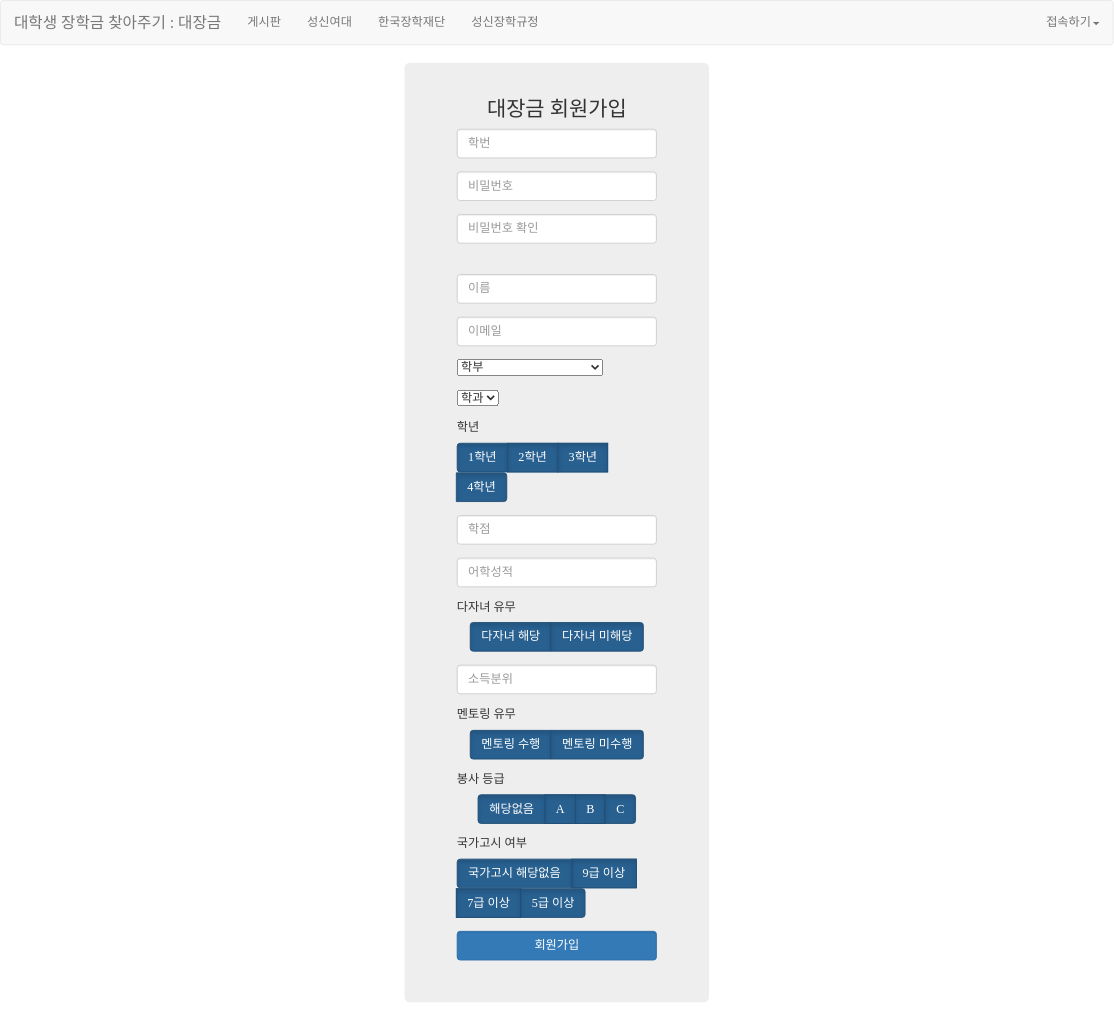
Repository: jiwon-214/DJG
Page: http://localhost/DJG/join.jsp
These files come from the project's save history. The page is drawn as it stood at one moment and after the next save; the edit follows.
The browser window is 1280 px wide. The pictures show the whole page, at 87% of full size.
Some web fonts or font styles are not loaded; a fallback is used. Some web libraries are served in a nearby version. The page is served by Tomcat 9. Other server files are loaded and not shown.

Above is the page before, as saved 2022-02-15 17:16:52.

### DJG/WebContent/join.jsp
<%@ page language="java" contentType="text/html; charset=UTF-8"
    pageEncoding="UTF-8"%>
<!DOCTYPE html>
<html>
<head>
<meta charset="UTF-8">
<meta name = "viewport" content = "width=divice-width", initial-scale="1">
<link rel = "stylesheet" href = "css/bootstrap.css">
<link rel = "stylesheet" href = "css/custom.css">
<title>대장금</title>
</head>
<body>
	<nav class ="navbar navbar-default">
		<div class = "navbar-header">
			<button type = "button" class = "navbar-toggle collapsed"
				data-toggle = "collapse" data-target = "#bs-example-navbar-collapse-1"
				aria-expanded="false">
				<span class = "icon-bar"></span>
				<span class = "icon-bar"></span>
				<span class = "icon-bar"></span>
			</button>
			<a class="navbar-brand" href = "main.jsp">대학생 장학금 찾아주기 : 대장금</a>
		</div>
		<div class="collapse navbar-collapse" id="bs-example-navbar-collapse-1">
			<ul class = "nav navbar-nav">
				<li><a href="board.jsp">게시판</a></li>
				<li><a href="https://portal.sungshin.ac.kr/sso/login.jsp">성신여대</a></li>
				<li><a href="http://www.kosaf.go.kr/">한국장학재단</a></li>
				<li><a href="https://rule.sungshin.ac.kr/service/law/lawView.do?seq=95&historySeq=0&gubun=cur&tree=part">성신장학규정</a></li>
			</ul>
			<ul class="nav navbar-nav navbar-right">
				<li class="dropdown">
					<a href="#" class="dropdown-toggle"
						data-toggle="dropdown" role="button" aria-haspopup="true"
						aria-expanded="false">접속하기<span class="caret"></span></a>
					<ul class="dropdown-menu">
						<li><a href = "login.jsp">로그인 </a></li>
						<li class="active"><a href="join.jsp">회원가입</a></li>
					</ul>
				</li>
			</ul>
		</div>
	</nav>
	<div class="container">
      <div class="col-lg-4"></div>
      <div class="col-lg-4">
         <div class="jumbotron" style="padding-top:20px;">
            <form method="post" action="joinAction.jsp" onSubmit = "return !!(grade() & lgrade())">
               <h3 style="text-align:center;">대장금 회원가입</h3>
               <div class="form-group">
                  <input type="text" class="form-control" placeholder="학번" name="userID" maxlength="10">
               </div>
               <div class="form-group">
                  <input type="password" class="form-control" placeholder="비밀번호" name="userPassword" id="userPassword" maxlength="20" onchange="password()">
               </div>
               <div class="form-group">
                  <input type="password" class="form-control" placeholder="비밀번호 확인" name="userPassword" id="userPassword_again" maxlength="20" onchange="password()">
               	  &nbsp;
               <span id="check"></span>
               </div>
               <div class="form-group">
                  <input type="text" class="form-control" placeholder="이름" name="userName" maxlength="20">
               </div>
               <div class="form-group">
               	  <input type="Email" class="form-control" placeholder="이메일" name="userEmail" maxlength="30">
               </div>
               <div class="form-group">
               <select class="form-select" aria-label="Default select example" name="dept" onchange="changeDpt(this)" aria-label="Default select example">
                        <option value="none" selected disabled>학부</option>
                        <option value="인문과학대학">인문과학대학</option>
                        <option value="사회과학대학">사회과학대학</option>
                        <option value="법과대학">법과대학</option>
                        <option value="자연과학대학">자연과학대학</option>
                        <option value="지식서비스공과대학">지식서비스공과대학</option>
                        <option value="간호대학">간호대학</option>
                        <option value="Health&WellnessCollege">Health&Wellness College</option>
                        <option value="뷰티생활산업국제대학">뷰티 생활산업 국제대학</option>
                        <option value="사범대학">사범대학</option>
                        <option value="미술대학">미술대학</option>
                        <option value="음악대학">음악대학</option>
                        <option value="융합문화예술대학">융합 문화 예술 대학</option>
               </select>
				</div>
				<div class="form-group">
                    <select class="form-select" aria-label="Default select example" name="userMajor" id="userMajor">
                        <option selected disabled>학과</option>
                    </select>
                </div>
                <%--
               <div class="form-group">
                  <input type="text" class="form-control" placeholder="전공" name="userMajor" maxlength="20">
               </div>
               --%>
               <h5>학년</h5>
               <div class="form-group" style="text-align:center;">
                  <div class="btn-group" data-toggle="buttons">
                     <label class="btn btn-primary active">
                        <input type = "radio" name="userYear" autocomplete="off" value="1" checked>1학년
                     </label>
                     <label class="btn btn-primary active">
                        <input type = "radio" name="userYear" autocomplete="off" value="2">2학년
                     </label>
                     <label class="btn btn-primary active">
                        <input type = "radio" name="userYear" autocomplete="off" value="3">3학년
                     </label>
                     <label class="btn btn-primary active">
                        <input type = "radio" name="userYear" autocomplete="off" value="4">4학년
                     </label>
                  </div>
               </div>

               <div class="form-group">
                  <input type="text" class="form-control" placeholder="학점" name="userGrade" id="userGrade" maxlength="10">
               </div>

               <div class="form-group">
                  <input type="text" class="form-control" placeholder="어학성적" name="userLgrade" id="userLgrade" maxlength="10">
               </div>

               <h5>다자녀 유무</h5>
               <div class="form-group" style="text-align:center;">
                  <div class="btn-group" data-toggle="buttons">
                     <label class="btn btn-primary active">
                        <input type = "radio" name ="userMchild" autocomplete="off" value="다자녀_해당" checked>다자녀 해당
                     </label>
                     <label class="btn btn-primary active">
                        <input type = "radio" name ="userMchild" autocomplete="off" value="다자녀_미해당">다자녀 미해당
                     </label>
                  </div>
               </div>
               <div class="form-group">
                  <input type="text" class="form-control" placeholder="소득분위" name="userIncome" maxlength="10">
               </div>

               <h5>멘토링 유무</h5>
               <div class="form-group" style="text-align:center;">
                  <div class="btn-group" data-toggle="buttons">
                     <label class="btn btn-primary active">
                        <input type="radio" name="userMentor" autocomplete="off" value="멘토링_수행" checked>멘토링 수행
                     </label>
                     <label class="btn btn-primary active">
                        <input type = "radio" name="userMentor" autocomplete="off" value="멘토링_미수행">멘토링 미수행
                     </label>
                  </div>
               </div>

               <h5>봉사 등급</h5>
               <div class="form-group" style="text-align:center;">
                  <div class="btn-group" data-toggle="buttons">
                     <label class="btn btn-primary active">
                        <input type="radio" name="userVol" autocomplete="off" value="봉사등급_없음" checked>해당없음
                     </label>
                     <label class="btn btn-primary active">
                        <input type="radio" name="userVol" autocomplete="off" value="A등급">A
                     </label>
                     <label class="btn btn-primary active">
                        <input type="radio" name="userVol" autocomplete="off" value="B등급">B
                     </label>
                     <label class="btn btn-primary active">
                        <input type="radio" name="userVol" autocomplete="off" value="C등급">C
                     </label>
                  </div>
               </div>

               <h5>국가고시 여부</h5>
               <div class="form-group" style="text-align:center;">
                  <div class="btn-group" data-toggle="buttons">
                     <label class="btn btn-primary active">
                        <input type="radio" name="userExam" autocomplete="off" value="국가고시X" checked>국가고시 해당없음
                     </label>
                     <label class="btn btn-primary active">
                        <input type="radio" name="userExam" autocomplete="off" value="9급_이상">9급 이상
                     </label>
                     <label class="btn btn-primary active">
                        <input type="radio" name="userExam" autocomplete="off" value="7급_이상">7급 이상
                     </label>
                     <label class="btn btn-primary active">
                        <input type="radio" name="userExam" autocomplete="off" value="5급_이상">5급 이상
                     </label>
                  </div>
               </div>
               <input type="submit" class="btn btn-primary form-control" value="회원가입">
            </form>
         </div>
      </div>
      <div class="col-lg-4"></div>
   </div>
		<div class="col-lg-4"></div>
	</div>

	<script>
    function changeDpt(e) {
        var humanities = ["국어국문학과", "영어영문학과", "독일어문/문화학과", "프랑스어문/문화학과", "일본어문/문화학과", "중국어문/문화학과", "사학과"];
        var historic = ["정치외교학과", "심리학과", "지리학과", "경제학과", "미디어커뮤니케이션학과", "경영학부", "사회복지학과"];
        var law = ["법학부"];
        var nature = ["수리통계 데이터사이언스 학부", "화학/에너지융합학부"];
        var engineering = ["서비스디자인공학과", "융합보안공학과", "컴퓨터공학과", "청정융합에너지공학과", "바이오식품공학과", "바이오생명공학과", "AI융합학부"];
        var nursing = ["간호학과"];
        var health = ["바이오신약의과학부", "바이오헬스융합학부", "스포츠과학부"];
        var beauty = ["의류산업학과", "뷰티산업학과", "소비자생활문화산업학과"];
        var teach = ["교육학과", "사회교육과", "윤리교육과", "한문교육과", "유아교육과"];
        var art = ["동양학과", "서양학과", "조소과", "공예과", "산업디자인과"];
        var music = ["성악과", "기악과", "작곡과"];
        var culture = ["문화예술경영학과", "미디어영상연기학과", "현대실용음악학과", "무용예술학과"];
        var target = document.getElementById("userMajor");

        if (e.value == "인문과학대학") {
            var dept = humanities;
        } else if (e.value == "사회과학대학") {
            var dept = historic;
        } else if (e.value == "법과대학") {
            var dept = law;
        } else if (e.value == "자연과학대학") {
        	var dept = nature;
        } else if (e.value == "지식서비스공과대학") {
        	var dept = engineering;
        } else if (e.value == "간호대학") {
        	var dept = nursing;
        } else if (e.value == "Health&WellnessCollege") {
        	var dept = health;
        } else if (e.value == "뷰티생활산업국제대학") {
        	var dept = beauty;
        } else if (e.value == "사범대학") {
        	var dept = teach;
        } else if (e.value == "미술대학") {
        	var dept = art;
        } else if (e.value == "음악대학") {
        	var dept = music;
        } else if (e.value == "뷰티생활산업국제대학") {
        	var dept = beauty;
        } else {
        	var dept = culture;
        }
        target.options.length = 0;
        for (i in dept) {
            var opt = document.createElement("option");
            opt.value = dept[i];
            opt.innerHTML = dept[i];
            target.appendChild(opt);
        }
    }

    function password() {
    	var pw = document.getElementById('userPassword').value;
    	var pw2 = document.getElementById('userPassword_again').value;

    	if(pw != pw2) {
    		document.getElementById('check').innerHTML = '비밀번호가 일치하지 않습니다.';
    		document.getElementById('check').style.color = 'red';
    		return true;
    	} else {
    		document.getElementById('check').innerHTML = '비밀번호가 일치합니다.';
    		document.getElementById('check').style.color = 'blue';
    		return false;
    	}
    }

    function grade() {
    	var userGrade = document.getElementById('userGrade').value;
	    if(userGrade < 0.0 || userGrade > 4.5) {
			alert('학점의 범위가 올바르지 않습니다.');
			return false;
		}
	    return true;
	}

    function lgrade() {
    	var userLgrade = document.getElementById('userLgrade').value;
		if(userLgrade < 0 || userLgrade > 990) {
			alert('어학 점수의 범위가 올바르지 않습니다.');
			return false;
		}
		return true;
	}
</script>
	<script src = "https://code.jquery.com/jquery-3.1.1.min.js"></script>
	<script src = "js/bootstrap.js"></script>
</body>
</html>

### DJG/WebContent/css/custom.css
@import url(http://fonts.googleapis.com/earlyaccess/nanumgothic.css);
@import url(http://fonts.googleapis.com/earlyaccess/hanna.css);
* {
	font-family : 'Nanum Gothic';
}
h1 {
	font-famaily : 'Hanna';
}

Loaded but not shown: DJG/WebContent/css/bootstrap.css (library); DJG/WebContent/js/bootstrap.js (library)

After the next save:
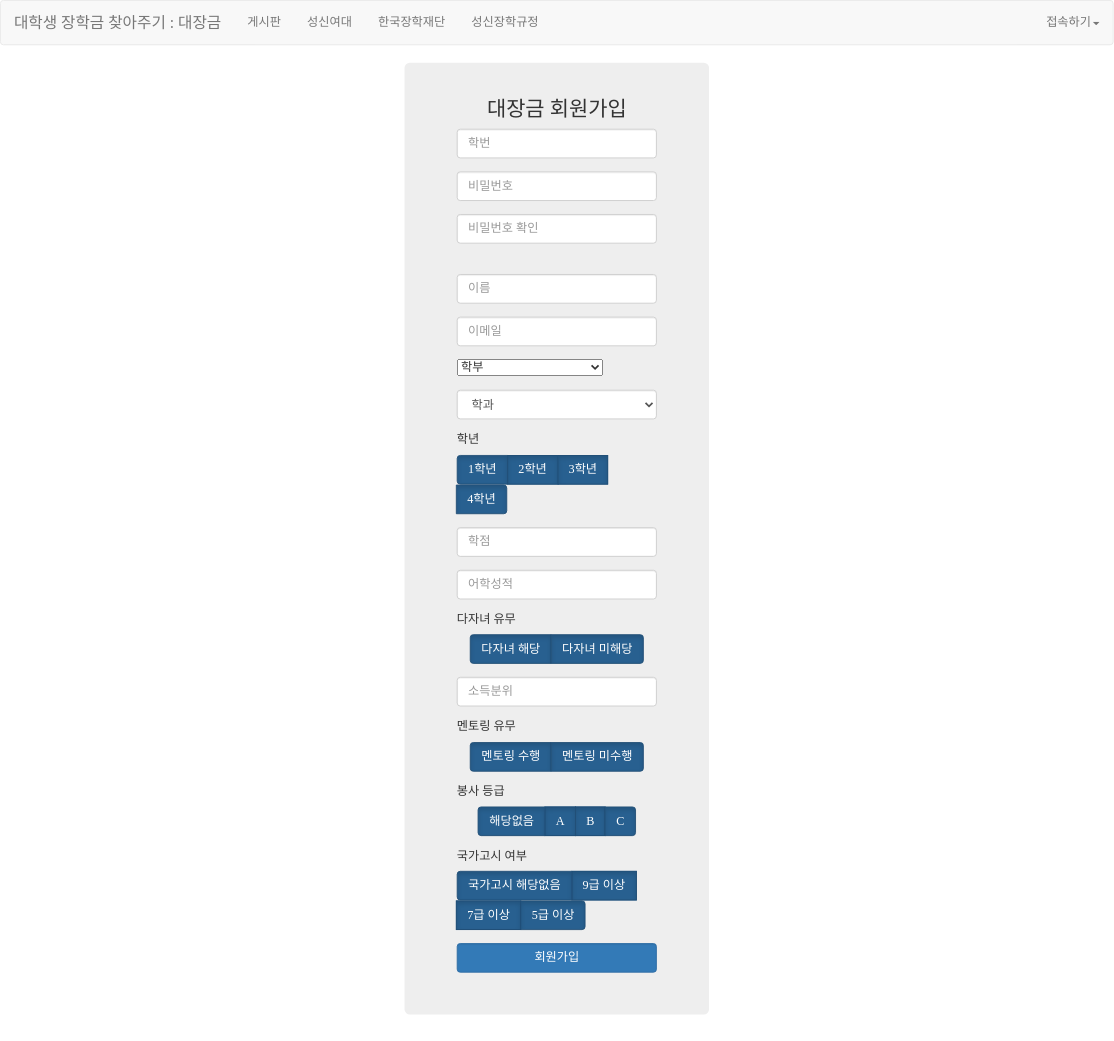
Saved 7 min 40 s later.
--- a/DJG/WebContent/join.jsp
+++ b/DJG/WebContent/join.jsp
@@ -82,7 +82,7 @@
                </select>
 				</div>
 				<div class="form-group">
-                    <select class="form-select" aria-label="Default select example" name="userMajor" id="userMajor">
+                    <select class="form-control mb-3" name="userMajor" id="userMajor">
                         <option selected disabled>학과</option>
                     </select>
                 </div>

After the save that followed:
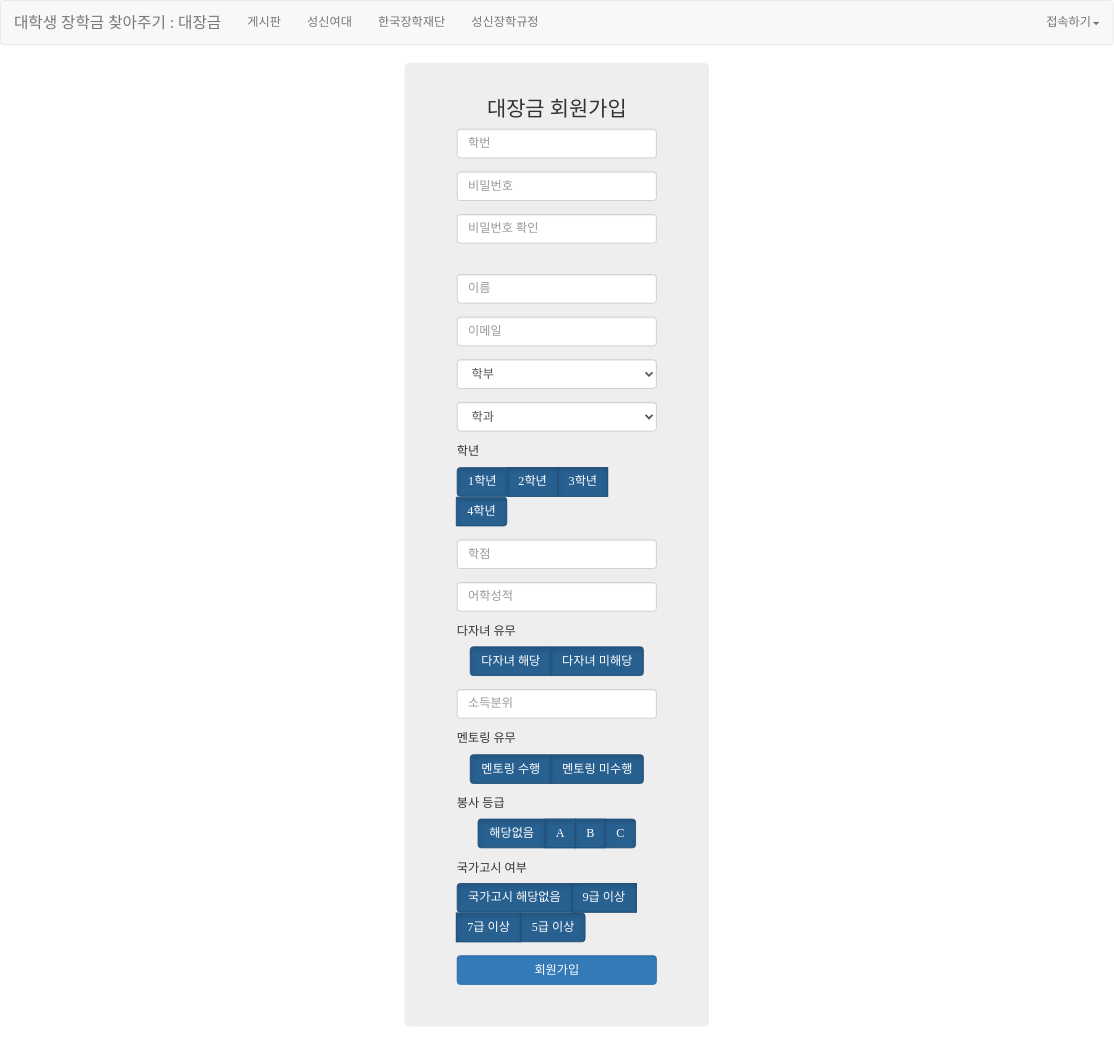
Saved 45 s later.
--- a/DJG/WebContent/join.jsp
+++ b/DJG/WebContent/join.jsp
@@ -65,7 +65,7 @@
                	  <input type="Email" class="form-control" placeholder="이메일" name="userEmail" maxlength="30">
                </div>
                <div class="form-group">
-               <select class="form-select" aria-label="Default select example" name="dept" onchange="changeDpt(this)" aria-label="Default select example">
+               <select class="form-control mb-3" aria-label="Default select example" name="dept" onchange="changeDpt(this)" aria-label="Default select example">
                         <option value="none" selected disabled>학부</option>
                         <option value="인문과학대학">인문과학대학</option>
                         <option value="사회과학대학">사회과학대학</option>
